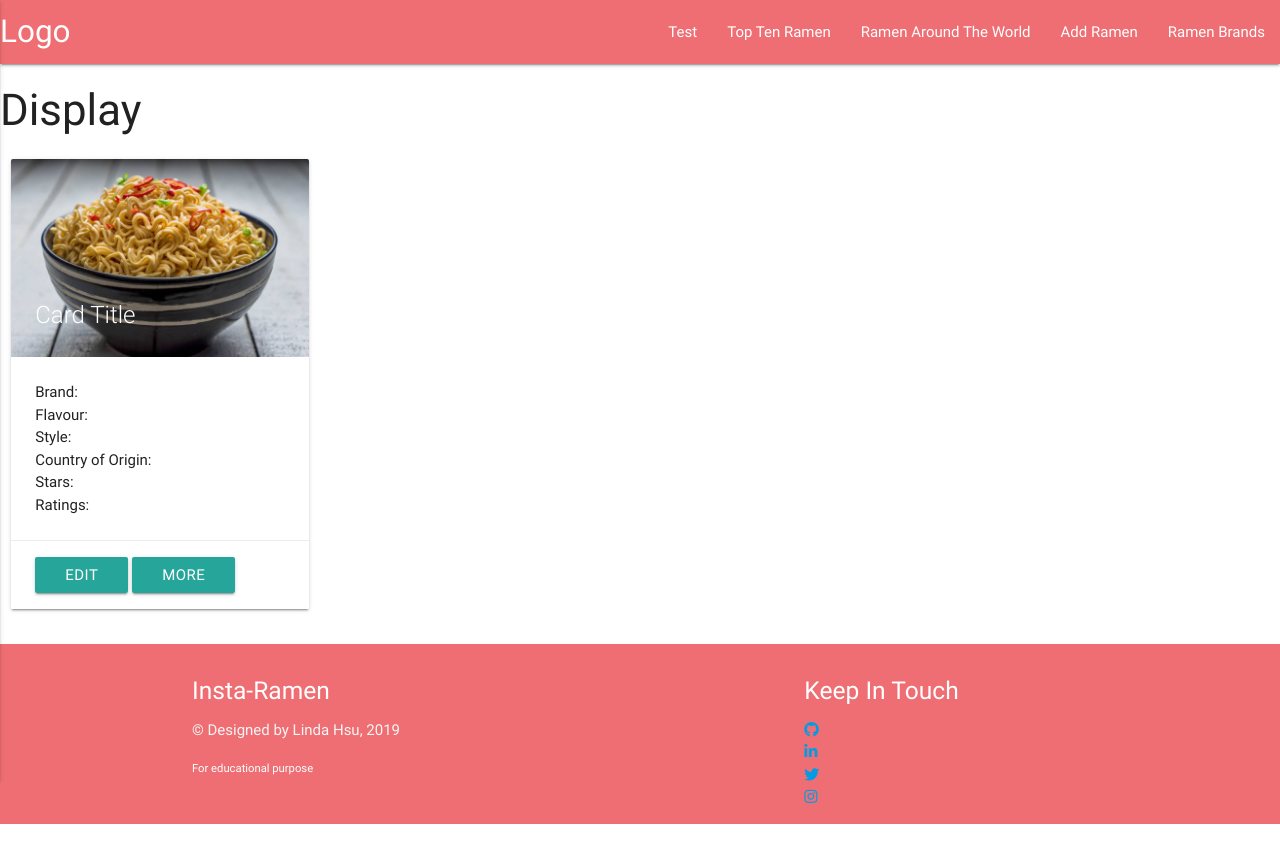
Repository: Paddlepop25/codeinstitute-insta-ramen
Page: templates/display_ramen.html
The author's editor kept a record of every edit. The page is drawn from the files as they stood at one moment, then again after the next edit.
The browser window is 1280 px wide. The pictures show the whole page.
Some web libraries are served in a nearby version. The page is served by the project's application, run on Flask 3 (app.py). The template is opened directly, without the code that normally fills it, so the values that code supplies are empty.

Above is the page before.

### templates/display_ramen.html
{% extends 'base.html' %}
{% block content %}
<h3>Display</h3>

<div class="row">
  <div class="col s12 m6 l3">
    <div class="card">
      <div class="card-image">
        <img src="/static/images/noodle1.jpg">
        <span class="card-title">Card Title</span>
      </div>
      <div class="card-content">
        <p>Brand: {{ramen.Brand}}</p>
        <p>Flavour: {{ramen.Flavour}}</p>
        <p>Style: {{ramen.Style}}</p>
        <p>Country of Origin: {{ramen.Country}}</p>
        <p>Stars: {{ramen.Stars}}</p>
        <p>Ratings: {{ramen.Ratings}}</p>
      </div>
      <div class="card-action">
        <a href="{{url_for('edit_ramen', ramen_id=ramen._id)}}" class="waves-effect waves-light btn">Edit</a>
        <a href="{{url_for('display_ramen', ramen_id=ramen._id)}}" class="waves-effect waves-light btn">More</a>
      </div>
    </div>
  </div>
</div>




{% endblock %}

### templates/base.html
<!DOCTYPE html>
<html>

<head>
  <link href="https://fonts.googleapis.com/icon?family=Material+Icons" rel="stylesheet">
  <link rel="stylesheet" href="https://cdnjs.cloudflare.com/ajax/libs/materialize/0.100.2/css/materialize.min.css">
  <link rel="stylesheet" href="https://use.fontawesome.com/releases/v5.8.1/css/all.css"
    integrity="sha384-50oBUHEmvpQ+1lW4y57PTFmhCaXp0ML5d60M1M7uH2+nqUivzIebhndOJK28anvf" crossorigin="anonymous" />
  <link rel="stylesheet" href="/static/styles/style.css" type="text/css" />
</head>

<body>
  <header>
  <nav>
    <div class="nav-wrapper">
      <a href="{{url_for('home_page')}}" class="brand-logo">Logo</a>
      <a href="#" data-activates="mobile-demo" class="button-collapse"><i class="material-icons">menu</i></a>
      <ul class="right hide-on-med-and-down">
        <li><a href="{{url_for('top_ten')}}">Test</a></li>
        <li><a href="{{url_for('top_ten')}}">Top Ten Ramen</a></li>
        <li><a href="{{url_for('get_ramen')}}">Ramen Around The World</a></li>
        <li><a href="{{url_for('add_ramen')}}">Add Ramen</a></li>
        <li><a href="{{url_for('get_brands')}}">Ramen Brands</a></li>
      </ul>
      <ul class="side-nav" id="mobile-demo">
        <li><a href="{{url_for('home_page')}}">Home</a></li>
        <li><a href="{{url_for('top_ten')}}">Top Ten Ramen</a></li>
        <li><a href="{{url_for('get_ramen')}}">Ramen Around The World</a></li>
        <li><a href="{{url_for('add_ramen')}}">Add Ramen</a></li>
        <li><a href="{{url_for('get_brands')}}">Ramen Brands</a></li>
      </ul>
    </div>
  </nav>
  </header>

   {% block content %} {% endblock %}
  <footer class="page-footer">
          <div class="container">
            <div class="row">
              <div class="col l6 s12">
                <h5 class="white-text">Insta-Ramen</h5>
                <p class="grey-text text-lighten-4">&copy; Designed by Linda Hsu, 2019</p>
                <small>For educational purpose</small>
              </div>
              <div class="col l4 offset-l2 s12">
                <h5 class="white-text">Keep In Touch</h5>
                <ul>
                  <li><a href="https://github.com/Paddlepop25" target="_blank"><i class="fab fa-github"></i></a></li>
                  <li><a href="https://www.linkedin.com/in/lindahsu007/" target="_blank"><i class="fab fa-linkedin-in"></i></a></li>
                  <li><a href="https://twitter.com/shecodeshsucode" target="_blank"><i class="fab fa-twitter"></i></a></li>
                  <li><a href="https://www.instagram.com/shecodeshsucodes/" target="_blank"><i class="fab fa-instagram"></i></a></li>
                </ul>
              </div>
            </div>
          </div>
        </footer>

  <script src="https://cdnjs.cloudflare.com/ajax/libs/jquery/3.2.1/jquery.min.js"></script>
  <script src="https://cdnjs.cloudflare.com/ajax/libs/materialize/0.100.2/js/materialize.min.js"></script>
  <!--<script type="text/javascript" src="./static/scripts/app.js"></script>-->
  <script type="text/javascript">
    $(document).ready(function() {
      $(".button-collapse").sideNav();
      $('select').material_select();
    });
  </script>
</body>

</html>

### app.py
import os
from flask import Flask, render_template, redirect, request, url_for
from flask_pymongo import PyMongo
from bson.objectid import ObjectId

app = Flask(__name__)

app.config['MONGO_DBNAME'] = 'ramen_database'
app.config["MONGO_URI"] = 'mongodb+srv://root:r00tUser@cluster0-mg1xb.mongodb.net/ramen_database?retryWrites=true&w=majority'

mongo = PyMongo(app)

@app.route('/')
@app.route('/home_page')
def home_page():
    return render_template('index.html')

@app.route('/top_ten')
def top_ten():
    ten_ramens=mongo.db.ramens.find({ 'Stars': { '$gt': 4, '$lt': 5 } } ).limit(10)
    return render_template('top_ten.html', ten_ramens=ten_ramens)

@app.route('/ramen_asia')
def ramen_asia():
    ramens=mongo.db.ramens.find(
        {'$or':
            [{'Country': 'Taiwan'},{'Country': "Japan"}]
        }
        )
    return render_template('ramen_asia.html', ramens=ramens)

@app.route('/get_ramen')
def get_ramen():
    ramens=mongo.db.ramens.find()
    return render_template('ramen.html', ramens=ramens)

@app.route('/search_ramen/', methods=["GET", "POST"])
def search_ramen():
    if request.method == "POST":
        post_request = request.form.get('searchbar_input')
        print(post_request)
    # return render_template("search_ramen.html",
    #                         local_category=mongo.db.flavours.find(),
    #                         recipes=mongo.db.recipes.find({"title" : {"$regex": post_request, "$options": "i"}}),
    #                         recipe_count=mongo.db.recipes.find({"title" : {"$regex": post_request, "$options": "i"}}).count())

@app.route('/add_ramen')
def add_ramen():
    return render_template('add_ramen.html', countries=mongo.db.countries.find())

@app.route('/insert_ramen', methods=['POST'])
def insert_ramen():
    ramens = mongo.db.ramens
    ramens.insert_one(request.form.to_dict())
    return redirect(url_for('get_ramen'))

@app.route('/edit_ramen/<ramen_id>', methods=['GET'])
def edit_ramen(ramen_id):
    ramen = mongo.db.ramens.find_one({"_id": ObjectId(ramen_id)})
    countries = mongo.db.countries.find()
    return render_template('edit_ramen.html', ramen=ramen, countries=countries)

@app.route('/display_ramen/<ramen_id>', methods=['GET'])
def display_ramen(ramen_id):
    ramen = mongo.db.ramens.find_one({"_id": ObjectId(ramen_id)})
    return render_template('display_ramen.html', ramen=ramen)

@app.route('/update_ramen/<ramen_id>', methods=["POST"])
def update_ramen(ramen_id):
    ramen = mongo.db.ramens
    ramen.update( {'_id': ObjectId(ramen_id)},
    {
        'Brand': request.form.get('Brand'),
        'Flavour':request.form.get('Flavour'),
        'Style': request.form.get('Style'),
        'Country':request.form.get('Country'),
        'Stars':request.form.get('Stars'),
        'Ratings':request.form.get('Ratings')
    })
    return redirect(url_for('get_ramen'))

@app.route('/delete_ramen/<ramen_id>')
def delete_ramen(ramen_id):
    mongo.db.ramens.remove({'_id': ObjectId(ramen_id)})
    return redirect(url_for('get_ramen'))

@app.route('/get_brands')
def get_brands():
    brands = mongo.db.ramens.find()
    return render_template('brands.html',
                            brands=brands)

if __name__ == '__main__':
    app.run(host=os.environ.get('IP'),
            port=int(os.environ.get('PORT')),
            debug=True)

### static/styles/style.css
/*body {*/
/*    background: yellow;*/
/*}*/

After the next edit:
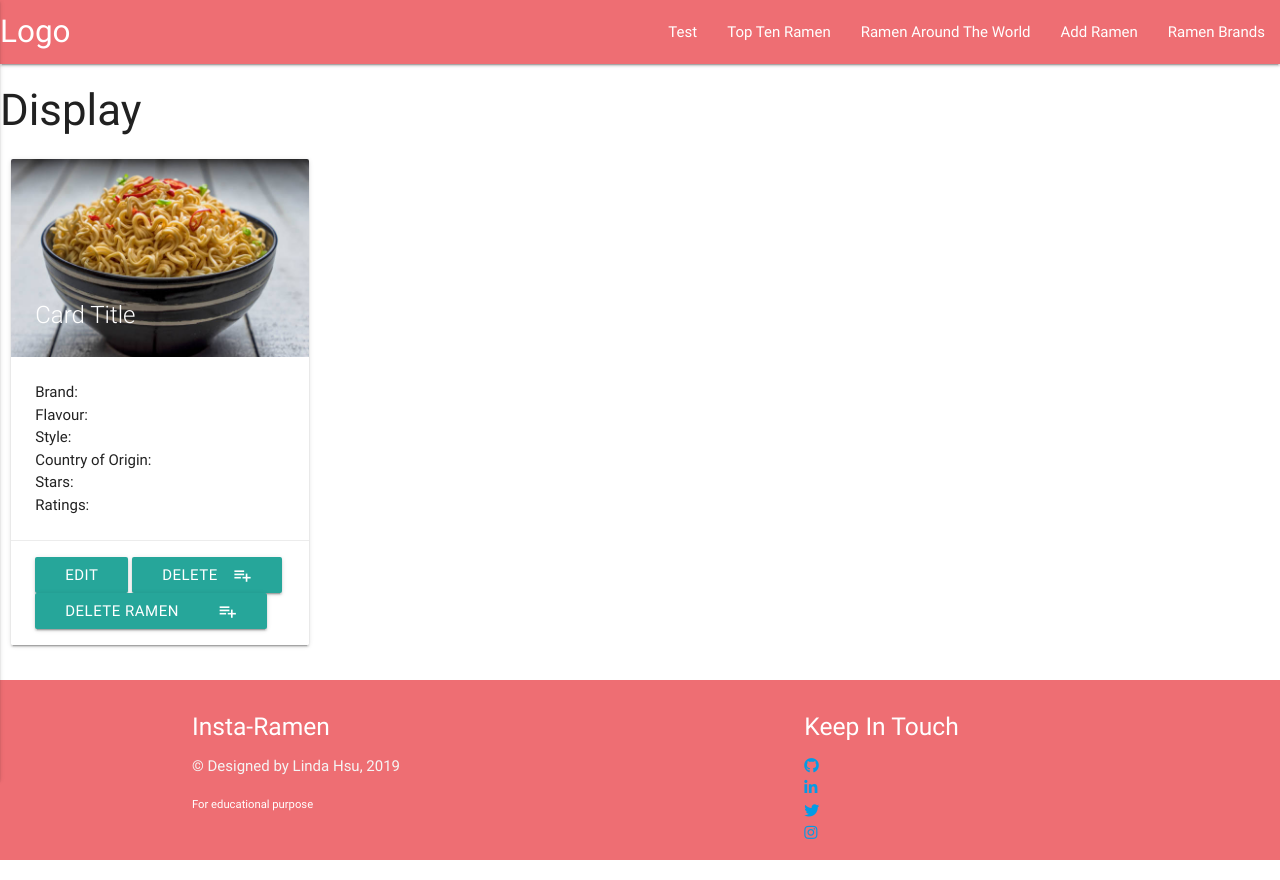
The edit:
--- a/templates/display_ramen.html
+++ b/templates/display_ramen.html
@@ -19,7 +19,12 @@
       </div>
       <div class="card-action">
         <a href="{{url_for('edit_ramen', ramen_id=ramen._id)}}" class="waves-effect waves-light btn">Edit</a>
-        <a href="{{url_for('display_ramen', ramen_id=ramen._id)}}" class="waves-effect waves-light btn">More</a>
+        <a href="{{url_for('delete_ramen', ramen_id=ramen._id)}}" class="waves-effect waves-light btn"><i class="material-icons right">playlist_add</i> Delete</a>
+
+        <button class="btn waves-effect waves-light" type="submit" name="action">Delete ramen
+        <a href="{{url_for('delete_ramen', ramen_id=ramen._id)}}"></a>
+        <i class="material-icons right">playlist_add</i>
+      </button>
       </div>
     </div>
   </div>

After the edit that followed:
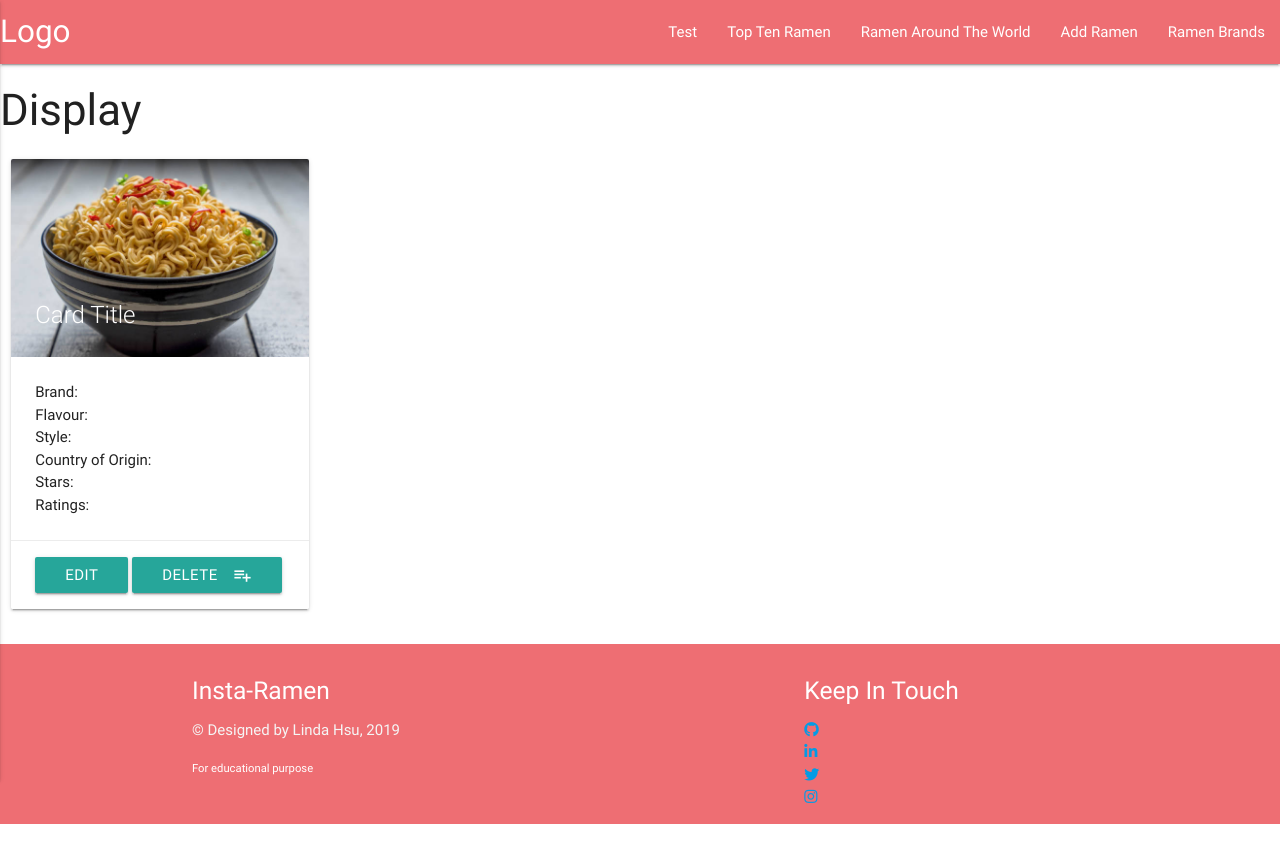
The edit:
--- a/templates/display_ramen.html
+++ b/templates/display_ramen.html
@@ -21,10 +21,11 @@
         <a href="{{url_for('edit_ramen', ramen_id=ramen._id)}}" class="waves-effect waves-light btn">Edit</a>
         <a href="{{url_for('delete_ramen', ramen_id=ramen._id)}}" class="waves-effect waves-light btn"><i class="material-icons right">playlist_add</i> Delete</a>
 
-        <button class="btn waves-effect waves-light" type="submit" name="action">Delete ramen
-        <a href="{{url_for('delete_ramen', ramen_id=ramen._id)}}"></a>
-        <i class="material-icons right">playlist_add</i>
-      </button>
+      <!--  <button class="btn waves-effect waves-light" type="submit" name="action">Delete ramen-->
+      <!--  <a href="{{url_for('delete_ramen', ramen_id=ramen._id)}}"></a>-->
+      <!--  <i class="material-icons right">playlist_add</i>-->
+      <!--</button>-->
+
       </div>
     </div>
   </div>
